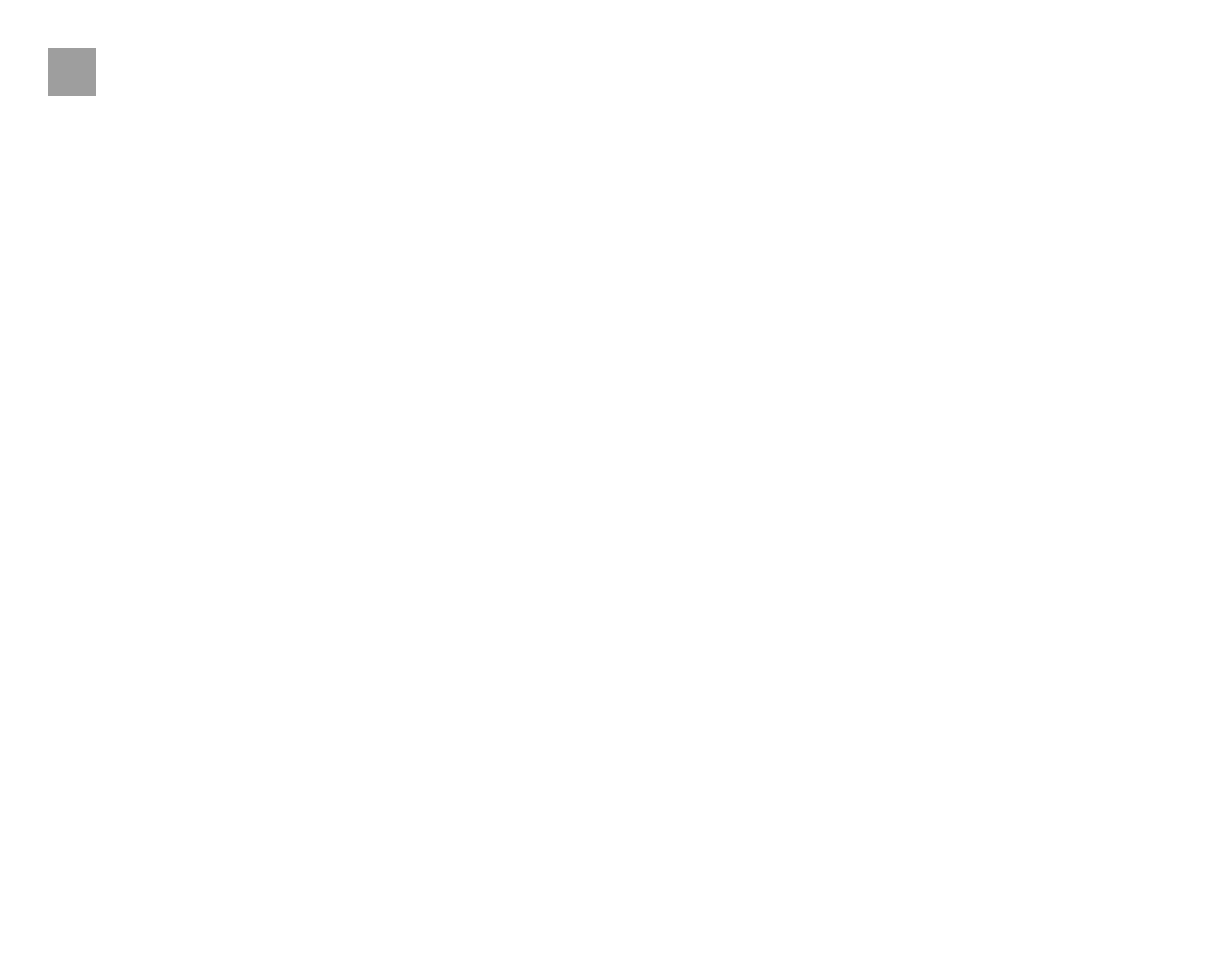
Repository: fl222hr/1dv403-laborationer
Page: 5-pwd/index.html
The author's editor kept a record of every edit. The page is drawn from the files as they stood at one moment, then again after the next edit.
The browser window is 1280 px wide. The pictures show the whole page, at 96% of full size.
Pictures or frames that could not be fetched are drawn as grey boxes. Some web libraries are served in a nearby version.

Above is the page before.
Console error: ReferenceError: openPopup is not defined

### 5-pwd/index.html
<!DOCTYPE html>
<html>
    <head>
        <link href='http://fonts.googleapis.com/css?family=Source+Sans+Pro:200,300,400,600,700,900,200italic,300italic,400italic,600italic,700italic,900italic' rel='stylesheet' type='text/css'>
        <link href="//maxcdn.bootstrapcdn.com/font-awesome/4.2.0/css/font-awesome.min.css" rel="stylesheet">
        <link href="css/custom.css" rel="stylesheet">
        <meta charset="utf-8">
        <link href='http://fonts.googleapis.com/css?family=Roboto:400,300' rel='stylesheet' type='text/css'>
    <title>Desktop App</title>
    </head>
    <body>
    <script src="Popup.js"></script>
    <script src="Desktop.js"></script>




    </body>
</html>

### 5-pwd/css/custom.css
/*#B7B6C1
*/
body{
    padding:0px;
    margin:0px;
    font-family: 'Roboto', sans-serif;
    font-weight:lighter;
}
#desktop{
    overflow:hidden;
    margin-left:auto;
    margin-right:auto;
    width:100%;
    height:1000px;
    background-size:cover;
}

.icon{
    width:50px;
    height:50px;
    margin-left:50px;
    margin-top:50px;
    background-size:contain;
    cursor:pointer;
}

.popup{
    background-color:#94958B;
    border-radius:5px;
    border-style:solid;
    border-color:black;
    border-width:1px;
}

.topBar{
    width:100%;
    height:5%;
    background-color:#464655;
    border-top-left-radius:5px;
    border-top-right-radius:5px;
}

.headline{
    margin-left:5px;
    margin-top:2px;
    height:35px;
    float:left;
}

.headlineIcon{
    float:left;
    margin-left:2px;
    margin-top:2px;
    height:30px;
    width:30px;
    background-size:contain;
}

.headlineText{
    float:left;
    color:white;
    line-height:30px;
    margin-top:2px;
    margin-left:5px;
}

.closeButton{
    text-align:center;
    line-height:30px;
    color:white;
    margin-top:5px;
    margin-right:5px;
    height:30px;
    width:30px;
    background-color:black;
    float:right;
    cursor:pointer;
}

.closeButton:hover{
    cursor:pointer;
}

.popupContent{
    width:100%;
    height:90%;
    background-color:#94958B;
    overflow:scroll;
}

.bottomBar{
    width:100%;
    height:5%;
    background-color:#464655;
    border-bottom-left-radius:5px;
    border-bottom-right-radius:5px;
}

.container{
    background-color:#94958B;
    -webkit-transform: rotate(-90deg);
    -moz-transform: rotate(-90deg);
    -ms-transform: rotate(-90deg);
    -o-transform: rotate(-90deg);
    transform: rotate(-90deg);
    border-bottom-right-radius:10px;
    border-style:solid;
    border-color:gray;
}
.tab{
    color:white;
    border-top-left-radius:10px;
    border-top-right-radius:10px;
    font-size:16px;
    height:30px;
    position:absolute;
    background-color:#464655;
    text-align:center;
    -webkit-transition:all .5s ease-out;
    -moz-transition:all .5s ease-out;
    -ms-transition:all .5s ease-out;
    -o-transition:all .5s ease-out;
    transition:all .5s ease-out;
    -webkit-transform: rotate(90deg);
    -moz-transform: rotate(90deg);
    -ms-transform: rotate(90deg);
    -o-transform: rotate(90deg);
    transform: rotate(90deg);
    padding:0px;
}

.tabActive{
    color:white;
    border-top-left-radius:10px;
    border-top-right-radius:10px;
    -webkit-transition:all .5s ease-out;
    -moz-transition:all .5s ease-out;
    -ms-transition:all .5s ease-out;
    -o-transition:all .5s ease-out;
    transition:all .5s ease-out;
    font-size:16px;
    height:30px;
    position:absolute;
    background-color:#464655;
    text-align:center;
    -webkit-transform: rotate(90deg) translate(0px, -400px);
    -moz-transform: rotate(90deg) translate(0px, -400px);
    -ms-transform: rotate(90deg) translate(0px, -400px);
    -o-transform: rotate(90deg) translate(0px, -400px);
    transform: rotate(90deg) translate(0px, -400px);
    padding:0px;
}

### 5-pwd/Popup.js
"use strict";

function Popup(ID, parent, name, iconURL, width, height, leftMargin, topMargin){

    var active = false;
    //Skapa popupen och sätt dess egenskaper
    var popup = document.createElement('div');
    popup.className = "popup";
    popup.style.width = width + "px";
    popup.style.height = height + "px";
    popup.style.marginLeft = leftMargin +"px";
    popup.style.marginTop = topMargin +"px";
    document.getElementById(parent).appendChild(popup);  //Addera popupen till Desktopen

    //Skapa top-baren
    var topBar = document.createElement('div');
    topBar.className = "topBar";
    popup.appendChild(topBar); //Addera TopBaren till popupen

        var headline = document.createElement('div');
        headline.className = "headline";
        topBar.appendChild(headline);

            var headlineIcon = document.createElement('div');
            headlineIcon.className = "headlineIcon";
            headlineIcon.style.backgroundImage =  "url(\""+iconURL+"\")";
            headline.appendChild(headlineIcon);

            var headlineText = document.createElement('p');
            headlineText.className = "headlineText";
            headlineText.innerHTML = name;
            headline.appendChild(headlineText);

        var closeButton = document.createElement('div');
        closeButton.className = "closeButton";
        closeButton.innerHTML = "X";
        topBar.appendChild(closeButton);

    //Skapa content-diven i popupen
    var popupContent = document.createElement('div');
    popupContent.className = "popupContent";
    popupContent.id = ID;
    popup.appendChild(popupContent);

    //Skapa bottom-baren
    var bottomBar = document.createElement('div');
    bottomBar.className = "bottomBar";
    popup.appendChild(bottomBar);

        var statusText = document.createElement('div');
        statusText.className = "statusText";
        bottomBar.appendChild(statusText);


    closeButton.onclick = function(){
    document.getElementById(parent).removeChild(popup);

    };

    this.setStatusText = function(text){
        statusText.innerHTML = text;
    };

    this.getParent = function(){
        return parent;
    };

    this.getWidth = function(){
      return width;
    };

}

### 5-pwd/Desktop.js
"use strict";

var DesktopApp ={

    defaultBackground: "images/default.png", //variable to keep url to default background
    backgrounIcon: "images/bgIcon.png",
    desktopID: "desktop",
    toolbarID: "toolbar",
    buttonID:"button",
    popupURL: "popup.html",

    init:function(){
    this.setupDesktop();
    this.setBackground(this.defaultBackground);
    },

    setupDesktop:function(){

    //Setup the desktop
    var desktop = document.createElement('div');
    desktop.id = this.desktopID;
    document.body.appendChild(desktop); //add the desktop to the "site"

    var icon = document.createElement('div');
    icon.className = "icon";
    icon.style.backgroundImage = "url(\""+this.backgrounIcon+"\")";
    desktop.appendChild(icon);
    icon.onclick = openPopup;

    //var backgroundTab = new Tab("bgTab", this.desktopID, "Background", 400, 800, 50, 100);
    },

    openPopup:function(){
    var popup = new Popup("bgPopup", this.desktopID, "Choose Background", this.backgrounIcon, 400, 800, 200, 50);

    },

    setBackground:function(imageUrl){
        console.log("Fired");
        document.getElementById(this.desktopID).style.backgroundImage = "url(\""+imageUrl+"\")";
    }
};

window.onload = function(){
    DesktopApp.init();
};


/*
//var win = open('index.html', 'example', 'width=1024,height=640')
win.focus()
win.onload = function() {
  var div = win.document.createElement('div')
  div.innerHTML = 'Welcome into the future!'
  div.style.fontSize = '30px'
  win.document.body.insertBefore(div, win.document.body.firstChild)
}
*/

After the next edit:
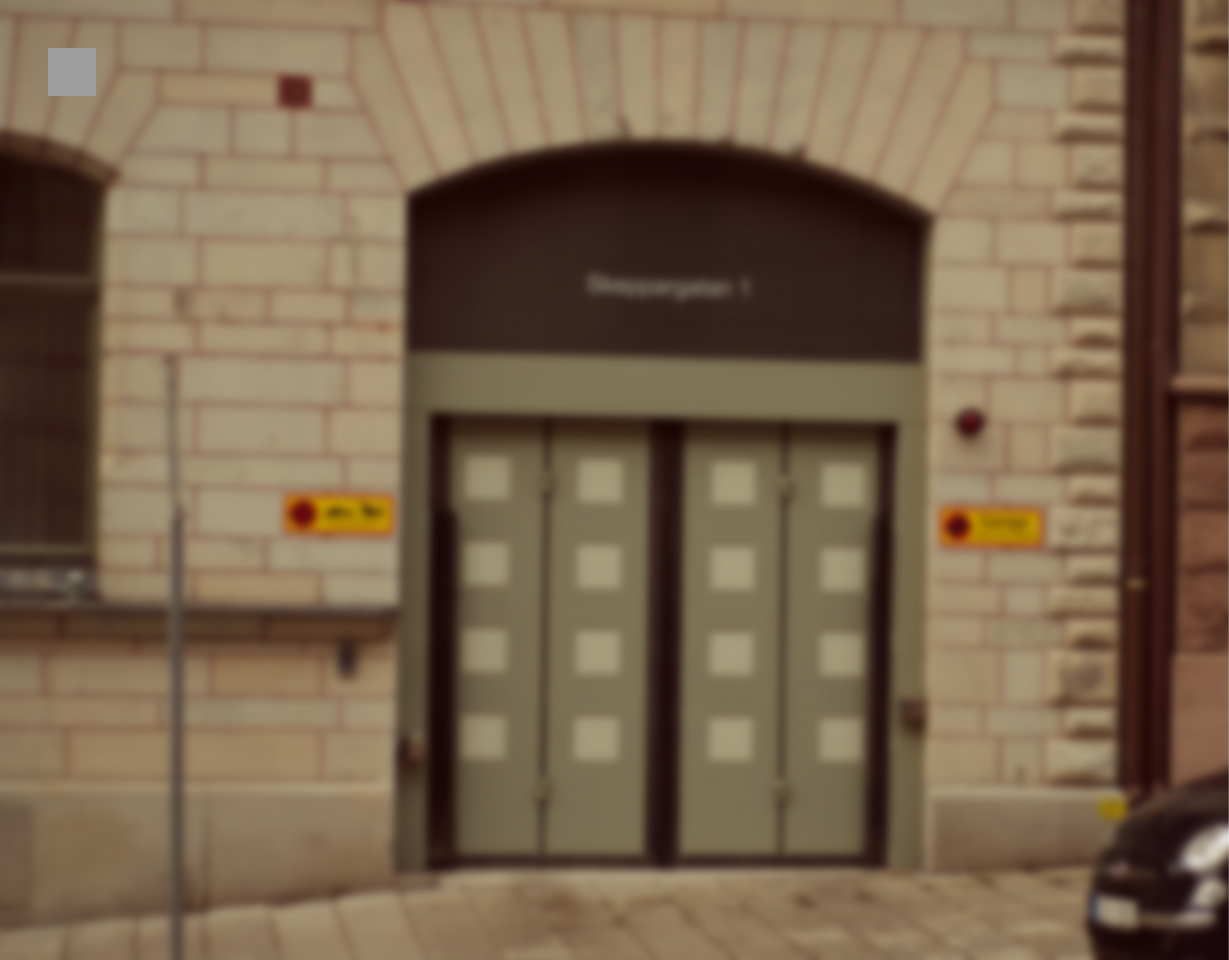
The error is gone.
The edit:
--- a/5-pwd/Desktop.js
+++ b/5-pwd/Desktop.js
@@ -25,7 +25,7 @@
     icon.className = "icon";
     icon.style.backgroundImage = "url(\""+this.backgrounIcon+"\")";
     desktop.appendChild(icon);
-    icon.onclick = openPopup;
+    icon.onclick = this.openPopup;
 
     //var backgroundTab = new Tab("bgTab", this.desktopID, "Background", 400, 800, 50, 100);
     },
